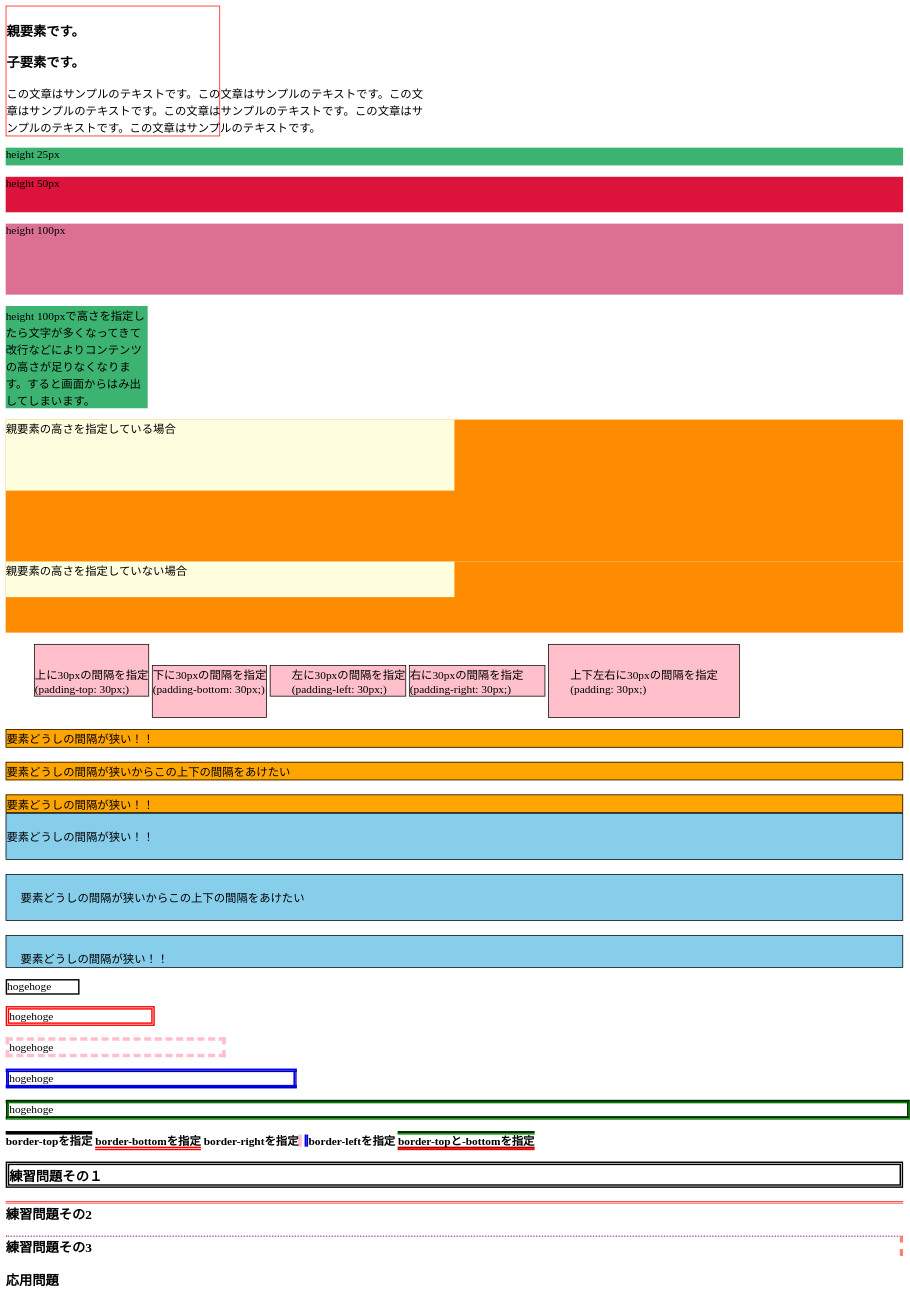
Repository: syokaturyou/potepan
Page: index3.html
The author's editor kept a record of every edit. The page is drawn from the files as they stood at one moment, then again after the next edit.
The browser window is 1280 px wide. The page is 1282 px wide, so the pictures cover 1282 px, including what lies to the right of the window. The pictures show the whole page, at 71% of full size.

Above is the page before.

### index3.html
<!DOCTYPE html>
        <html>
          <head>
             <meta charset="utf-8">
            <title>Potepan</title>
            <link rel="stylesheet" href="test1.css">
          </head>
<body>

  <div class="parent_box">
      <h3>親要素です。</h3>

        <h3>子要素です。</h3>
        <div class="children_box">
          この文章はサンプルのテキストです。この文章はサンプルのテキストです。この文章はサンプルのテキストです。この文章はサンプルのテキストです。この文章はサンプルのテキストです。この文章はサンプルのテキストです。
        </div>
      </div>
    </div>


    <div class="box8">
      <p>height 25px</p>
    </div>

    <div class="box9">
      <p>height 50px</p>
    </div>

    <div class="box10">
      <p>height 100px</p>
    </div>


    <div class="box11">
      <p>
        height 100pxで高さを指定したら文字が多くなってきて改行などによりコンテンツの高さが足りなくなります。すると画面からはみ出してしまいます。
      </p>
    </div>


    <div class="parent2">
      <div class="children5">親要素の高さを指定している場合</div>
    </div>


    <div class="parent3">
      <div class="children6">親要素の高さを指定していない場合</div>
    </div>


    <ul class="box">
      <li class="line_boxA">上に30pxの間隔を指定<br>(padding-top: 30px;)</li>
      <li class="line_boxB">下に30pxの間隔を指定<br>(padding-bottom: 30px;)</li>
      <li class="line_boxC">左に30pxの間隔を指定<br>(padding-left: 30px;)</li>
      <li class="line_boxD">右に30pxの間隔を指定<br>(padding-right: 30px;)</li>
      <li class="line_boxE">上下左右に30pxの間隔を指定<br>(padding: 30px;)</li>
    </ul>


     <div>
      <div class="line">要素どうしの間隔が狭い！！</div>
      <div class="line line_b">要素どうしの間隔が狭いからこの上下の間隔をあけたい</div>
      <div class="line">要素どうしの間隔が狭い！！</div>
    </div>

    <div>
      <div class="line_sample line_c">要素どうしの間隔が狭い！！</div>
      <div class="line_sample line_d">要素どうしの間隔が狭いからこの上下の間隔をあけたい</div>
      <div class="line_sample line_e">要素どうしの間隔が狭い！！</div>
    </div>

    <div>
      <p class="border1">hogehoge</p>
      <p class="border2">hogehoge</p>
      <p class="border3">hogehoge</p>
      <p class="border4">hogehoge</p>
      <p class="border5">hogehoge</p>
    </div>

     <div>
      <strong class="border6">border-topを指定</strong>
      <strong class="border7">border-bottomを指定</strong>
      <strong class="border8">border-rightを指定</strong>
      <strong class="border9">border-leftを指定</strong>
      <strong class="border10">border-topと-bottomを指定</strong>
    </div>

      <h3 class="test_border1">練習問題その１</h3>

      <h3 class="test_border2">練習問題その2</h3>

      <h3 id="test_border3">練習問題その3</h3>

      <h3 class="test_border4">応用問題</h3>

</body>
</html>

### test1.css
h1 {
          color: #364e96; /*文字色*/
          padding: 5px 0; /*上下の余白*/
          border-top: solid 6px #364e96; /*上線*/
          border-bottom: solid 6px #364e96; /*下線*/
        }


            /* cssの場合はこの両サイドで囲まれた箇所がコメント文になります。 */


                .text_a { color: red; } /* 文字を赤にする。classで指定 */
    .text_b { color: blue; } /* 文字を青にする。classで指定 */
    #text_c { color: green; } /* 文字を緑にする。idで指定 */
    #text_d { color: orange; } /* 文字をオレンジにする。idで指定 */
    .text_e { font-size: 26px; } /* 文字のサイズを26にする。classで指定 */
    small { color: purple; } /* 文字を紫にする。タグで指定 */

    .font-a { font-family: sans-serif; }
    .font-b { font-family: serif; }
    .font-c { font-family: monospace; }
    .font-d { font-family: fantasy; }
    .font-e { font-family: cursive; }
    .font-f { font-family: "メイリオ"; }

        .text1 { text-align: left; }
    .text2 { text-align: right; }
    .text3 { text-align: center; }


      .parent_box1 {
      background-color: gainsboro;
      height: 150px;
    }

    .box1 {
      background-color: cornflowerblue;
      width: 300px;
    }

    .box2 {
      background-color: crimson;
      width: 100%;
    }

    .box3 {
      background-color: darkorange;
      width: auto;
    }

    .parent_box2 {
      background-color: gainsboro;
      width: 600px;
    }

    .box4 {
      background-color: cornflowerblue;
      width: 100%;
    }

    .box5 {
      background-color: crimson;
      width: 75%;
    }

    .box6 {
      background-color: darkorange;
      width: 50%;
    }

    .box7 {
      background-color: mediumseagreen;
      width: 25%;
    }


        /* 親要素 */
    .parent_box {
      border: 1px solid red;
      width: 300px;
    }

    /* 子要素 */
    .children_box {
      width: 600px;
    }


     .box8 {
      background-color: mediumseagreen;
      height: 25px;
    }

    .box9 {
      background-color: crimson;
      height: 50px;
    }

    .box10 {
      background-color: palevioletred;
      height: 100px;
    }


    .box11 {
      background-color: mediumseagreen;
      width: 200px;
      /*height: auto;*/
    }


        .parent2 {
      background-color: darkorange;
      width: 100%;
      height: 200px;
    }

    .children5 {
      background-color: lightyellow;
      width: 50%;
      height: 50%;
    }


     .parent3 {
      background-color: darkorange;
      width: 100%;
      height: 100px;
    }

    .children6 {
      background-color: lightyellow;
      width: 50%;
      height: 50%;
    }

     .box > li {
      display: inline-block;
      background-color: pink;
    }

    .line_box {
      border: 1px solid black;
    }

    .line_boxA {
      border: 1px solid black;
      padding-top: 30px;
    }

    .line_boxB {
      border: 1px solid black;
      padding-bottom: 30px;
    }

    .line_boxC {
      border: 1px solid black;
      padding-left: 30px;
    }

    .line_boxD {
      border: 1px solid black;
      padding-right: 30px;
    }

    .line_boxE {
      border: 1px solid black;
      padding: 30px;
    }

     .line {
      background-color: orange;
      border: 1px solid black;
    }

    .line_b {
      margin-top: 20px;
      margin-bottom: 20px;
    }


      .line_sample {
      background-color: skyblue;
      border: 1px solid black;
    }
    .line_c {
      padding: 20px 0 20px 0;
    }
    .line_d {
      margin: 20px 0 20px 0;
      padding: 20px;
    }
    .line_e {
      padding: 20px 0 0 20px;
    }


    .border1 {
      width: 100px;
      border: 2px solid black;
    }

    .border2 {
      width: 200px;
      border: 5px double red;
    }

    .border3 {
      width: 300px;
      border: 5px dashed pink;
    }

    .border4 {
      width: 400px;
      border: 5px ridge blue;
    }

    .border5 {
      width: 100%;
      border: 5px groove green;
    }

     .border6 {
      border-top: 5px solid black;
    }

    .border7 {
      border-bottom: 5px double red;
    }

    .border8 {
      border-right: 5px dashed pink;
    }

    .border9 {
      border-left: 5px ridge blue;
    }

    .border10 {
      border-top: 5px groove green;
      border-bottom: 5px groove red;
    }

     .test_border1 {
      border: 5px double black;
    }

     .test_border2 {
      border-top: 3px double red;
    }

     #test_border3 {
      border-top: 2px dotted #800080;
      border-right: 5px dashed #fa8072;
    }

    /* .test_border4 {*/
    /*  border-top: 2px solid black;*/
    /*  border-left: 2px solid black;*/
    /*  border-right: 2px solid black;*/
    /*}*/

     .test_border4 {
      border: 2px 2px 0 2px solid black;
    }

After the next edit:
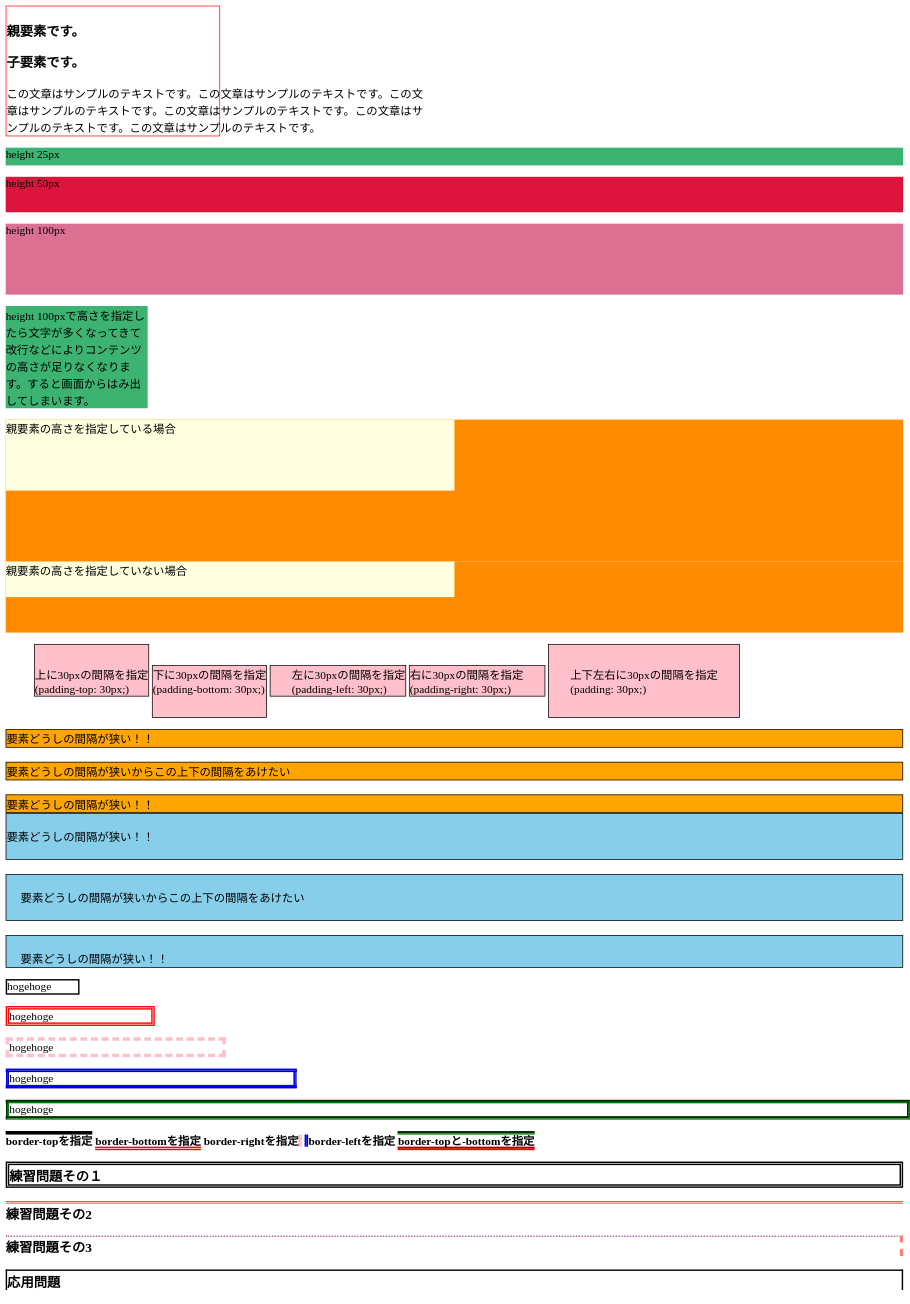
The edit:
--- a/test1.css
+++ b/test1.css
@@ -261,5 +261,6 @@
     /*}*/
 
      .test_border4 {
-      border: 2px 2px 0 2px solid black;
-    }
+      border: 2px solid black;
+      border-bottom: hidden;
+    }
